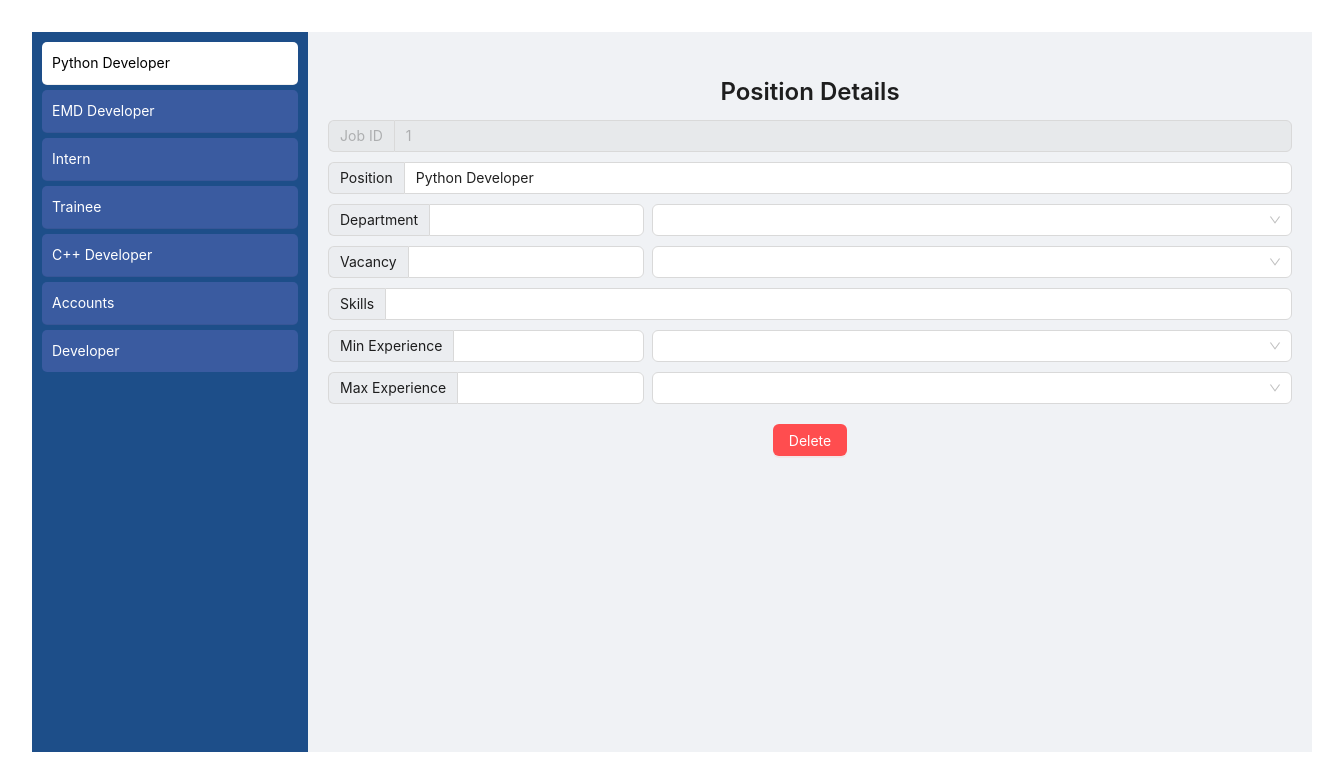
Repository: Moqueed/Delta_Iot
Page: /admin-dashboard/active-positions (app in client/), after clicking the first element matching `li.ant-list-item`
The author's editor kept a copy of each file at every save. The page is drawn from the files as they stood at one save, then again after the next save.
The browser window is 1280 px wide. The page is 1344 px wide, so the pictures cover 1344 px, including what lies to the right of the window. The pictures show the whole page.
The project was rebuilt for these pictures with package versions that can differ from the ones it lists, and the page was loaded fresh each time. Also part of the build but not shown: client/vite.config.js, client/src/api/users.js, client/src/pages/Register/index.jsx, client/src/pages/Login/index.jsx, client/src/components/ProtectedRoute.jsx, client/src/pages/HR/HRDashboard.jsx, client/src/pages/Admin/AdminDashboard.jsx, client/src/pages/HR/TotalDataPage.jsx.

Above is the page before, as saved 2025-03-14 15:22:10.

After the next save:
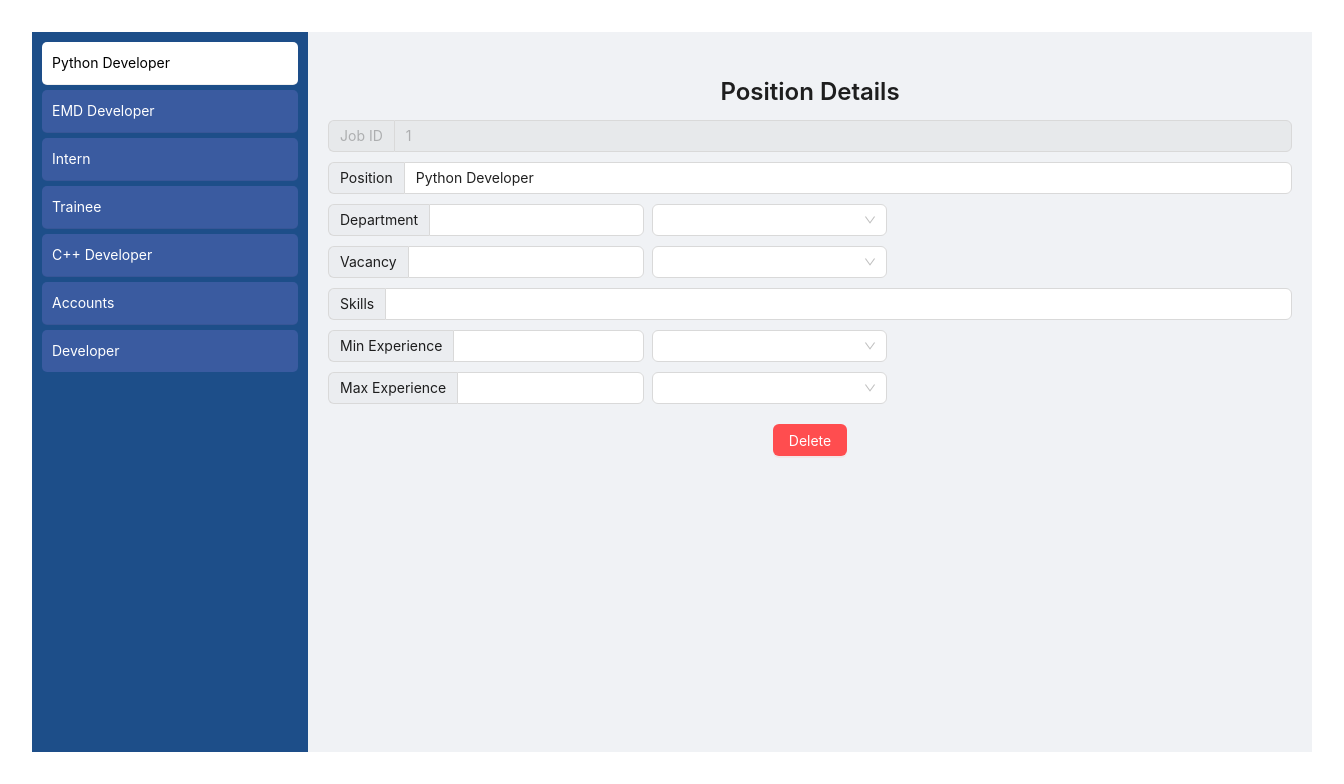
Saved 2 min 24 s later.
--- a/client/src/pages/Admin/ActivePositions.jsx
+++ b/client/src/pages/Admin/ActivePositions.jsx
@@ -59,10 +59,10 @@
             <Input addonBefore="Job ID" value={selectedPosition.job_id} disabled style={{ marginBottom: "10px" }} />
             <Input addonBefore="Position" value={selectedPosition.position} style={{ marginBottom: "10px" }} />
             <Row gutter={8} style={{ marginBottom: "10px" }}>
-              <Col span={8}>
+              <Col span={8} style={{ flex: "0 0 75%" }}>
                 <Input addonBefore="Department" value={selectedPosition.department} readOnly style={{ textAlign: "right" }} />
               </Col>
-              <Col span={16}>
+              <Col span={16} style={{ flex: "0 0 25%" }}>
                 <Select
                   style={{ width: "100%" }}
                   value={selectedPosition.department}
@@ -77,10 +77,10 @@
               </Col>
             </Row>
             <Row gutter={8} style={{ marginBottom: "10px" }}>
-              <Col span={8}>
+              <Col span={8} style={{ flex: "0 0 75%" }}>
                 <Input addonBefore="Vacancy" value={selectedPosition.vacancy} readOnly style={{ textAlign: "right" }} />
               </Col>
-              <Col span={16}>
+              <Col span={16} style={{ flex: "0 0 25%" }}>
                 <Select
                   style={{ width: "100%" }}
                   value={selectedPosition.vacancy}
@@ -94,10 +94,10 @@
             </Row>
             <Input addonBefore="Skills" value={selectedPosition.skills} style={{ marginBottom: "10px" }} />
             <Row gutter={8} style={{ marginBottom: "10px" }}>
-              <Col span={8}>
+              <Col span={8} style={{ flex: "0 0 75%" }}>
                 <Input addonBefore="Min Experience" style={{ textAlign: "right" }} />
               </Col>
-              <Col span={16}>
+              <Col span={16} style={{ flex: "0 0 25%" }}>
                 <Select
                   style={{ width: "100%" }}
                   value={selectedPosition.minimum_experience}
@@ -110,10 +110,10 @@
               </Col>
             </Row>
             <Row gutter={8} style={{ marginBottom: "10px" }}>
-              <Col span={8}>
+              <Col span={8} style={{ flex: "0 0 75%" }}>
                 <Input addonBefore="Max Experience" style={{ textAlign: "right" }} />
               </Col>
-              <Col span={16}>
+              <Col span={16} style={{ flex: "0 0 25%" }}>
                 <Select
                   style={{ width: "100%" }}
                   value={selectedPosition.maximum_experience}

After the save that followed:
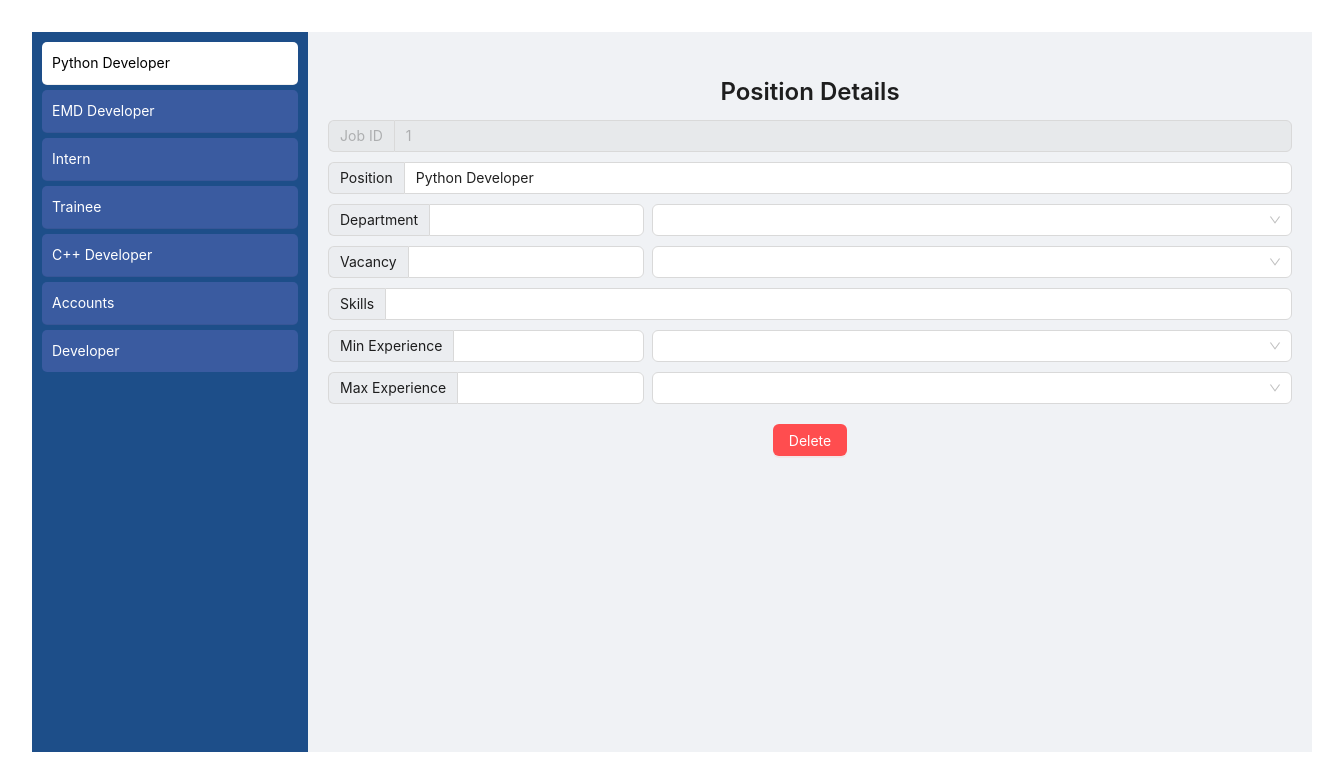
Saved 22 s later.
--- a/client/src/pages/Admin/ActivePositions.jsx
+++ b/client/src/pages/Admin/ActivePositions.jsx
@@ -59,10 +59,10 @@
             <Input addonBefore="Job ID" value={selectedPosition.job_id} disabled style={{ marginBottom: "10px" }} />
             <Input addonBefore="Position" value={selectedPosition.position} style={{ marginBottom: "10px" }} />
             <Row gutter={8} style={{ marginBottom: "10px" }}>
-              <Col span={8} style={{ flex: "0 0 75%" }}>
+              <Col span={8}>
                 <Input addonBefore="Department" value={selectedPosition.department} readOnly style={{ textAlign: "right" }} />
               </Col>
-              <Col span={16} style={{ flex: "0 0 25%" }}>
+              <Col span={16}>
                 <Select
                   style={{ width: "100%" }}
                   value={selectedPosition.department}
@@ -77,10 +77,10 @@
               </Col>
             </Row>
             <Row gutter={8} style={{ marginBottom: "10px" }}>
-              <Col span={8} style={{ flex: "0 0 75%" }}>
+              <Col span={8}>
                 <Input addonBefore="Vacancy" value={selectedPosition.vacancy} readOnly style={{ textAlign: "right" }} />
               </Col>
-              <Col span={16} style={{ flex: "0 0 25%" }}>
+              <Col span={16}>
                 <Select
                   style={{ width: "100%" }}
                   value={selectedPosition.vacancy}
@@ -94,10 +94,10 @@
             </Row>
             <Input addonBefore="Skills" value={selectedPosition.skills} style={{ marginBottom: "10px" }} />
             <Row gutter={8} style={{ marginBottom: "10px" }}>
-              <Col span={8} style={{ flex: "0 0 75%" }}>
+              <Col span={8}>
                 <Input addonBefore="Min Experience" style={{ textAlign: "right" }} />
               </Col>
-              <Col span={16} style={{ flex: "0 0 25%" }}>
+              <Col span={16}>
                 <Select
                   style={{ width: "100%" }}
                   value={selectedPosition.minimum_experience}
@@ -110,10 +110,10 @@
               </Col>
             </Row>
             <Row gutter={8} style={{ marginBottom: "10px" }}>
-              <Col span={8} style={{ flex: "0 0 75%" }}>
+              <Col span={8}>
                 <Input addonBefore="Max Experience" style={{ textAlign: "right" }} />
               </Col>
-              <Col span={16} style={{ flex: "0 0 25%" }}>
+              <Col span={16}>
                 <Select
                   style={{ width: "100%" }}
                   value={selectedPosition.maximum_experience}
